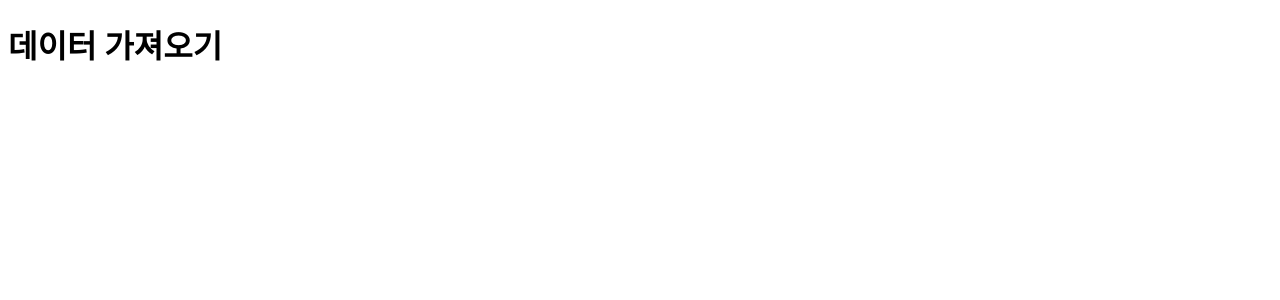
Repository: lafayetteey/WorkSpace_JQ_Ajax
Page: workspace_jq_Ajax/UI_JQ_Ajax/WebContent/jq21_ajax.html
These files come from the project's save history. The page is drawn as it stood at one moment and after a run of saves; the edit follows.
The browser window is 1280 px wide. The pictures show the whole page.

Above is the page before, as saved 2020-06-22 09:44:42.

After the next 2 saves:
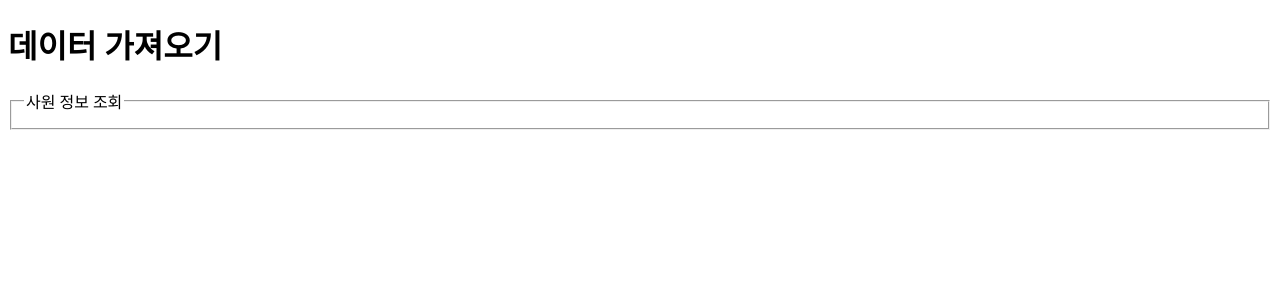
The 2 saves are shown as one change because they came seconds apart.
The last was saved 28 s later.
--- a/workspace_jq_Ajax/UI_JQ_Ajax/WebContent/jq21_ajax.html
+++ b/workspace_jq_Ajax/UI_JQ_Ajax/WebContent/jq21_ajax.html
@@ -6,5 +6,8 @@
 </head>
 <body>
 	<h1>데이터 가져오기</h1>
+	<fieldset>
+		<legend>사원 정보 조회 </legend>
+	</fieldset>
 </body>
 </html>
